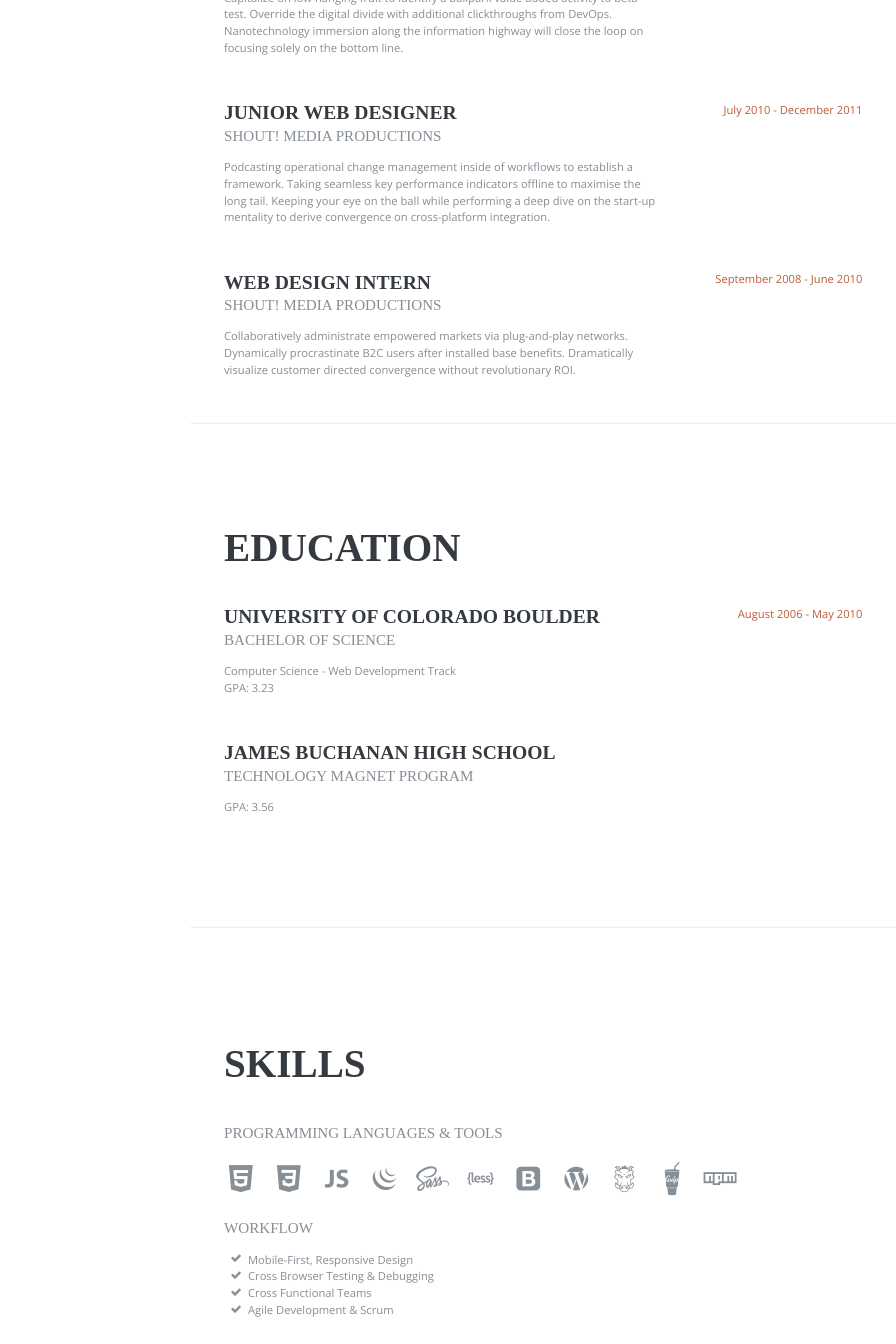
Repository: Juliolikescoding/Portfolio
Page: index.html
An editor plug-in stored every save of this project. The page is shown before and after the next save, followed by the edit.
The browser window is 1280 px wide. The pictures show the part of the page from y = 1223 to 3143 px (the page is 4708 px tall), at 70% of full size.
Some web fonts or font styles are not loaded; a fallback is used.

Above is the page before, as saved 2018-05-16 11:30:37.

After the next save:
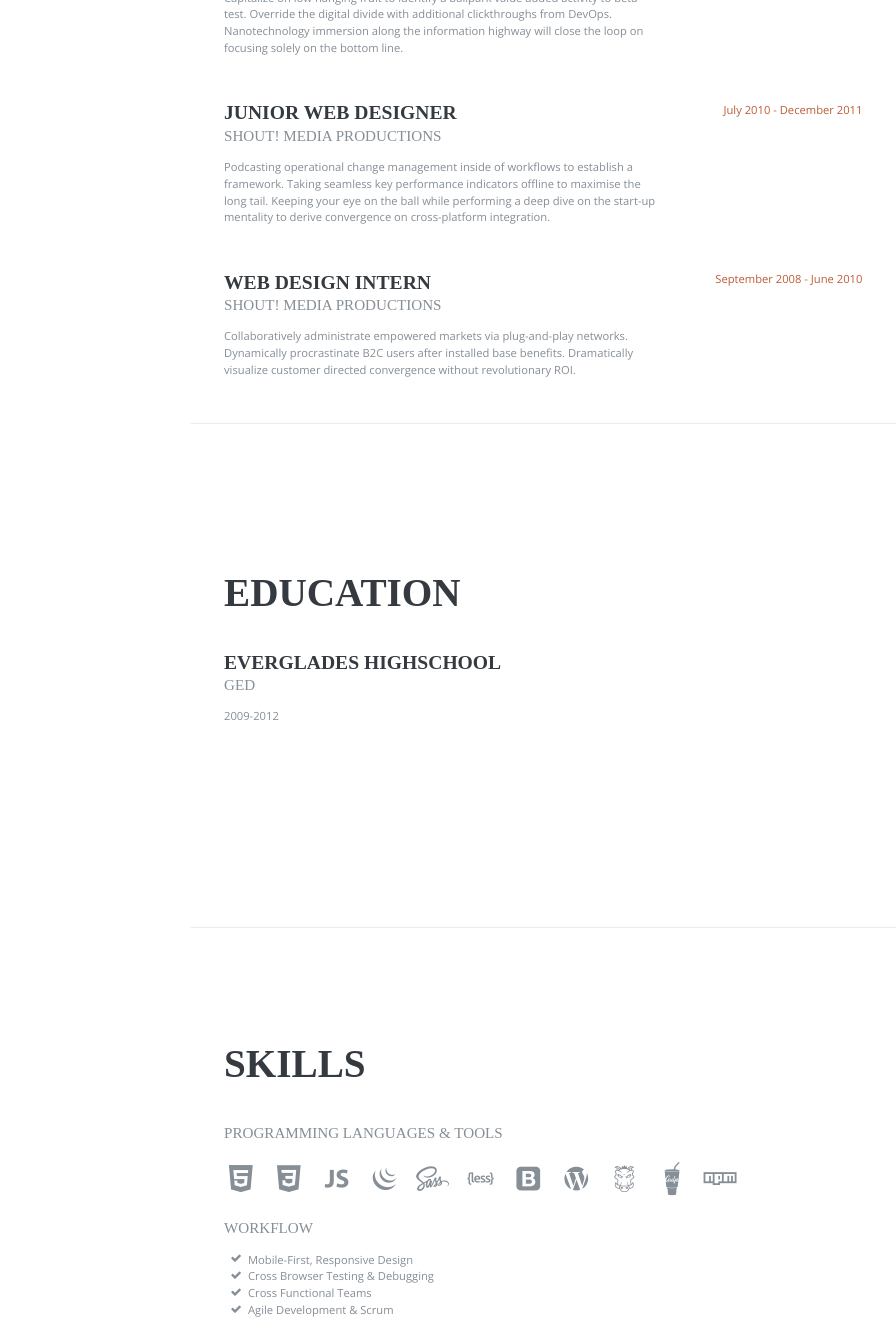
Saved 6 min 47 s later.
--- a/index.html
+++ b/index.html
@@ -167,21 +167,21 @@
 
           <div class="resume-item d-flex flex-column flex-md-row mb-5">
             <div class="resume-content mr-auto">
-              <h3 class="mb-0">University of Colorado Boulder</h3>
-              <div class="subheading mb-3">Bachelor of Science</div>
-              <div>Computer Science - Web Development Track</div>
-              <p>GPA: 3.23</p>
-            </div>
-            <div class="resume-date text-md-right">
-              <span class="text-primary">August 2006 - May 2010</span>
+              <h3 class="mb-0">Everglades Highschool</h3>
+              <div class="subheading mb-3">GED</div>
+              <div></div>
+              <p>2009-2012</p>
+            </div>
+            <div class="resume-date text-md-right">
+              <span class="text-primary"></span>
             </div>
           </div>
 
           <div class="resume-item d-flex flex-column flex-md-row">
             <div class="resume-content mr-auto">
-              <h3 class="mb-0">James Buchanan High School</h3>
-              <div class="subheading mb-3">Technology Magnet Program</div>
-              <p>GPA: 3.56</p>
+              <h3 class="mb-0"></h3>
+              <div class="subheading mb-3"></div>
+              <!-- <p>gpa</p> -->
             </div>
             <div class="resume-date text-md-right">
               <span class="text-primary"></span>
